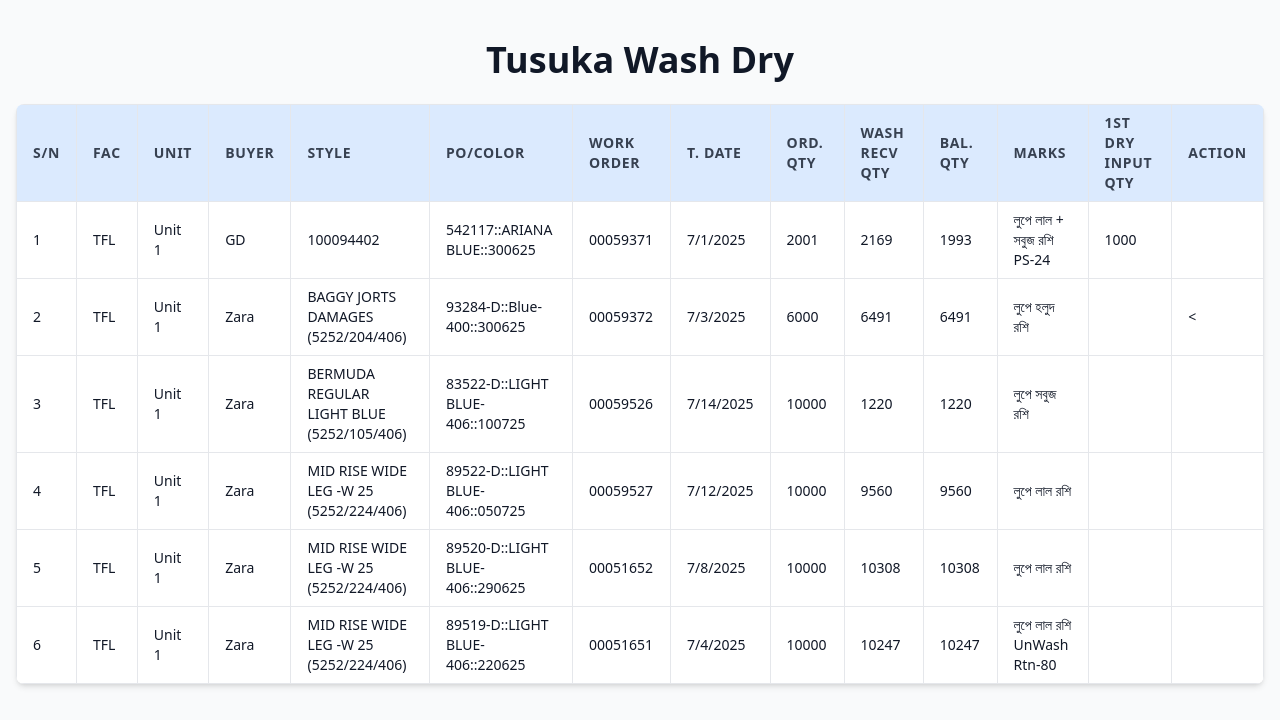
Repository: AhmedMuktadir14218/TusukaDryWash
Page: index.html
The author's editor kept a copy of each file at every save. The page is drawn from the files as they stood at one save, then again after a run of saves.
The browser window is 1280 px wide. The pictures show the whole page.
Some web libraries are served in a nearby version.

Above is the page before, as saved 2025-06-29 15:02:44.

After the next 3 saves:
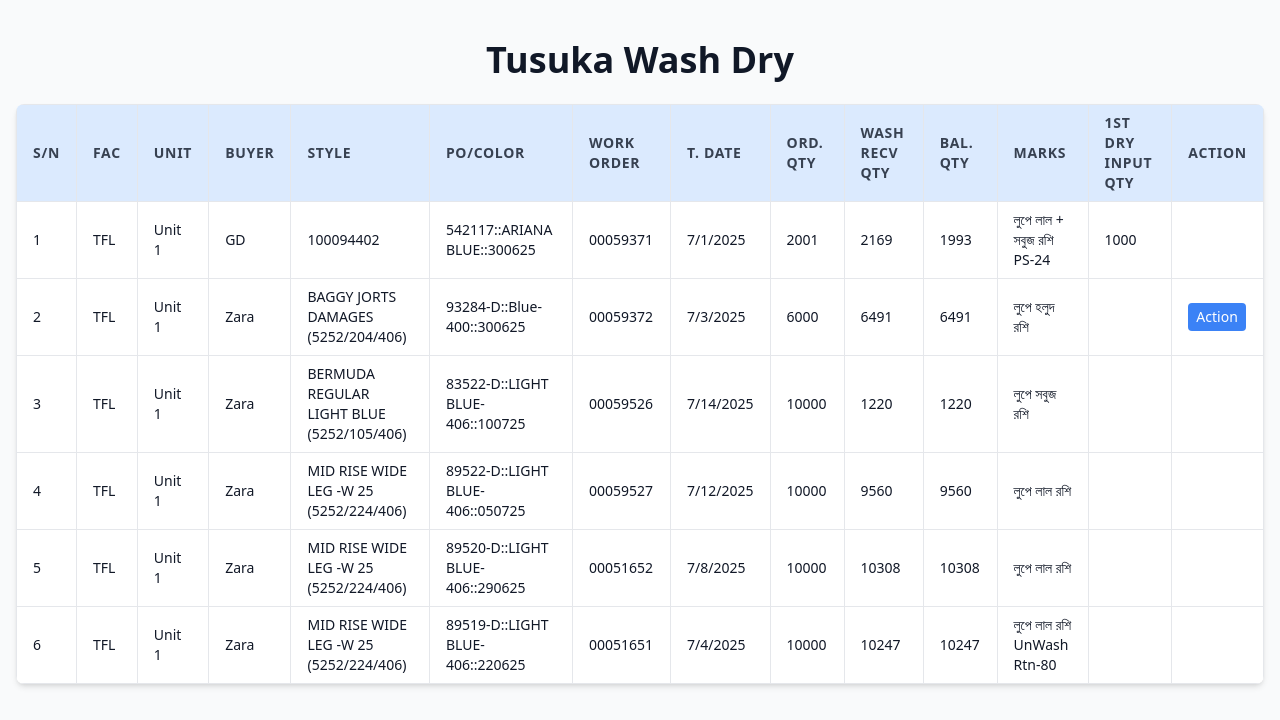
The 3 saves are shown as one change because they came seconds apart.
The last was saved 8 s later.
--- a/index.html
+++ b/index.html
@@ -61,7 +61,7 @@
             <td class="px-4 py-2 border">6491</td>
             <td class="px-4 py-2 border">লুপে হলুদ রশি</td>
             <td class="px-4 py-2 border"></td>
-            <td class="px-4 py-2 border"><</td>
+            <td class="px-4 py-2 border"><button class="bg-blue-500 text-white px-2 py-1 rounded">Action</button></td>
           </tr>
           <tr class="hover:bg-gray-100">
             <td class="px-4 py-2 border">3</td>
